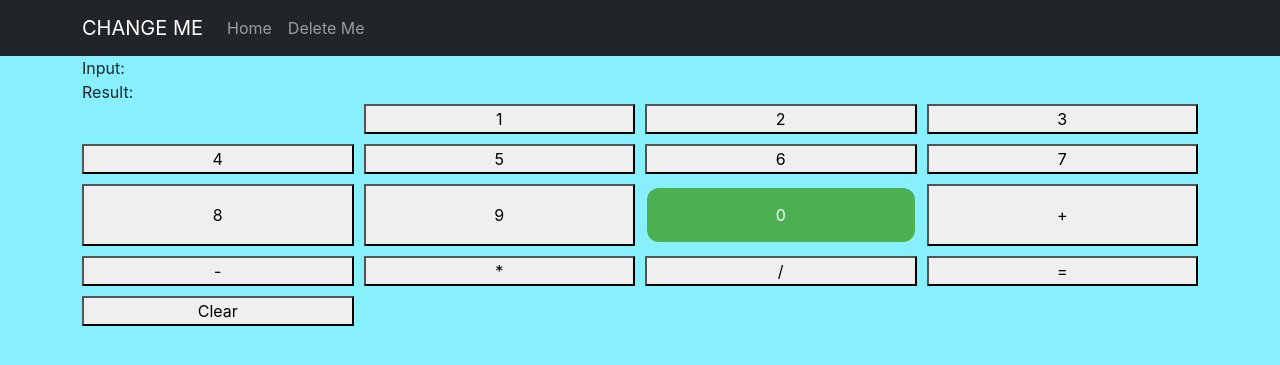
Repository: jgramirez0210/calculator-react
Page: /
An editor plug-in stored every save of this project. The page is shown before and after a run of saves, followed by the edit.
The browser window is 1280 px wide. The pictures show the whole page.
The project was rebuilt for these pictures with package versions that can differ from the ones it lists, and the page was loaded fresh each time. The framework's server and built-in components were replaced by stand-ins that run in the browser. Also part of the build but not shown: next.config.js.

Above is the page before, as saved 2024-01-09 20:20:49.

### pages/_app.js
/* eslint-disable react/prop-types */
import 'bootstrap/dist/css/bootstrap.min.css';
import NoAuth from '../components/NoAuth'; // TODO: COMMENT OUT FOR AUTH
import '../styles/globals.css';
// import { AuthProvider } from '../utils/context/authContext'; // TODO: COMMENT IN FOR AUTH
// import ViewDirectorBasedOnUserAuthStatus from '../utils/ViewDirector'; // TODO: COMMENT IN FOR AUTH

function MyApp({ Component, pageProps }) {
  return (
    <>
      <NoAuth
        component={Component}
        pageProps={pageProps}
      />

      {/* TODO: Delete NoAuth component above and comment in code below for authentication */}
      {/* <AuthProvider>
        <ViewDirectorBasedOnUserAuthStatus
          // if status is pending === loading
          // if status is logged in === view app
          // if status is logged out === sign in page
          component={Component}
          pageProps={pageProps}
        />
      </AuthProvider> */}
    </>
  );
}

export default MyApp;

### pages/index.js
import React, { useState } from 'react';
import { evaluate } from 'mathjs';

function Calculator() {
  const [input, setInput] = useState('');
  const [result, setResult] = useState(null);

  const handleDigit = (digit) => {
    setInput((prevInput) => prevInput + digit);
  };
  const handleOperation = (operation) => {
    setInput((prevInput) => prevInput + operation);
  };
  const calculateResult = () => {
    try {
      if (/[\d]$/.test(input)) {
        setResult(evaluate(input));
      } else {
        setResult('Error: Invalid expression');
      }
    } catch (error) {
      setResult('Error: Invalid expression');
    }
  };
  const handleClear = () => {
    setInput('');
    setResult(null);
  };
  return (
    <div>
      <div> Input: {input}</div>
      <div> Result: {result}</div>
      <div className="calculator-grid">
        <div className="calcularor-numbers"></div>
        {[1, 2, 3, 4, 5, 6, 7, 8, 9, 0].map((digit) => (
          <button type="button" className={`button-${digit}`} onClick={() => handleDigit(digit)}>{digit}</button>
        ))}
        {['+', '-', '*', '/'].map((operation) => (
          <button type="button" onClick={() => handleOperation(operation)}>{operation}</button>
        ))}
        <button type="button" onClick={calculateResult}>=</button>
        <button type="button" onClick={handleClear}>Clear</button>
      </div>
    </div>
  );
}

export default Calculator;

### components/NoAuth.js
/* eslint-disable react/forbid-prop-types */
import React from 'react';
import PropTypes from 'prop-types';
import NoAuthNavBar from './NoAuthNavBar';

function NoAuth({ component: Component, pageProps }) {
  return (
    <>
      <NoAuthNavBar />
      <div className="container">
        <Component {...pageProps} />
      </div>
    </>
  );
}

NoAuth.propTypes = {
  component: PropTypes.func.isRequired,
  pageProps: PropTypes.oneOfType([PropTypes.object]).isRequired,
};

export default NoAuth;

### styles/globals.css
@import 'bootstrap/dist/css/bootstrap.css';

html,
body {
  padding: 0;
  margin: 0;
  font-family: -apple-system, BlinkMacSystemFont, Segoe UI, Roboto, Oxygen,
    Ubuntu, Cantarell, Fira Sans, Droid Sans, Helvetica Neue, sans-serif;
}

a {
  color: inherit;
  text-decoration: none;
}

* {
  box-sizing: border-box;
}

body {
  background-color: #88effd;
}

.calculator-grid {
  display: grid;
  grid-template-columns: repeat(4, 1fr);
  gap: 10px;
}

.button-0 {
  background-color: #4caf50;
  border: none;
  color: white;
  text-align: center;
  display: inline-block;
  font-size: 16px;
  margin: 4px 2px;
  cursor: pointer;
  border-radius: 12px;
  padding: 15px 32px;
}

.button:hover {
  background-color: #45a049;
}

### components/NoAuthNavBar.js
/* eslint-disable jsx-a11y/anchor-is-valid */
import React from 'react';
import Link from 'next/link';
import {
  Navbar, Container, Nav,
} from 'react-bootstrap';

export default function NoAuthNavBar() {
  return (
    <Navbar collapseOnSelect expand="lg" bg="dark" variant="dark">
      <Container>
        <Link passHref href="/">
          <Navbar.Brand>CHANGE ME</Navbar.Brand>
        </Link>
        <Navbar.Toggle aria-controls="responsive-navbar-nav" />
        <Navbar.Collapse id="responsive-navbar-nav">
          <Nav className="me-auto">
            {/* CLOSE NAVBAR ON LINK SELECTION: https://stackoverflow.com/questions/72813635/collapse-on-select-react-bootstrap-navbar-with-nextjs-not-working */}
            <Link passHref href="/">
              <Nav.Link>Home</Nav.Link>
            </Link>
            <Link passHref href="/delete-me">
              <Nav.Link>Delete Me</Nav.Link>
            </Link>
          </Nav>
        </Navbar.Collapse>
      </Container>
    </Navbar>
  );
}

After the next 3 saves:
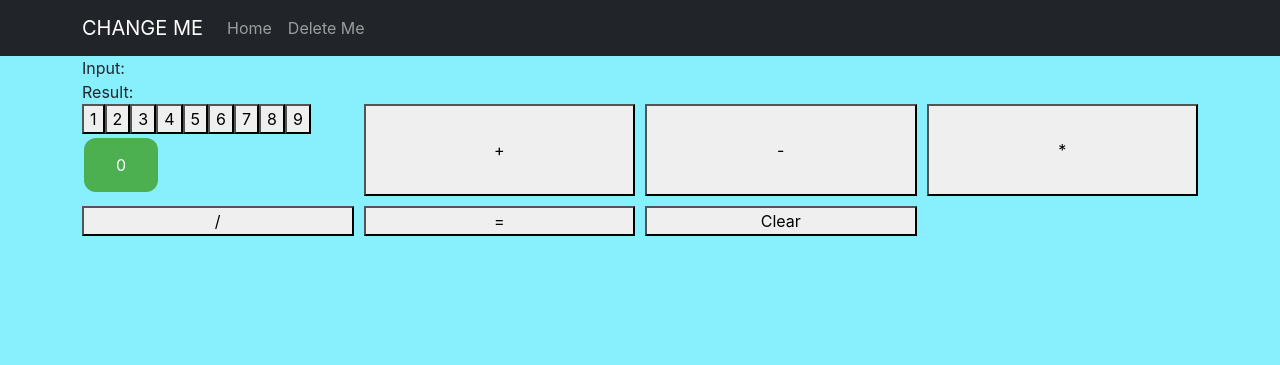
The 3 saves are shown as one change because they came seconds apart.
The last was saved 15 s later.
--- a/pages/index.js
+++ b/pages/index.js
@@ -31,10 +31,11 @@ function Calculator() {
       <div> Input: {input}</div>
       <div> Result: {result}</div>
       <div className="calculator-grid">
-        <div className="calcularor-numbers"></div>
+        <div className="calcularor-numbers">
         {[1, 2, 3, 4, 5, 6, 7, 8, 9, 0].map((digit) => (
           <button type="button" className={`button-${digit}`} onClick={() => handleDigit(digit)}>{digit}</button>
         ))}
+        </div>
         {['+', '-', '*', '/'].map((operation) => (
           <button type="button" onClick={() => handleOperation(operation)}>{operation}</button>
         ))}
